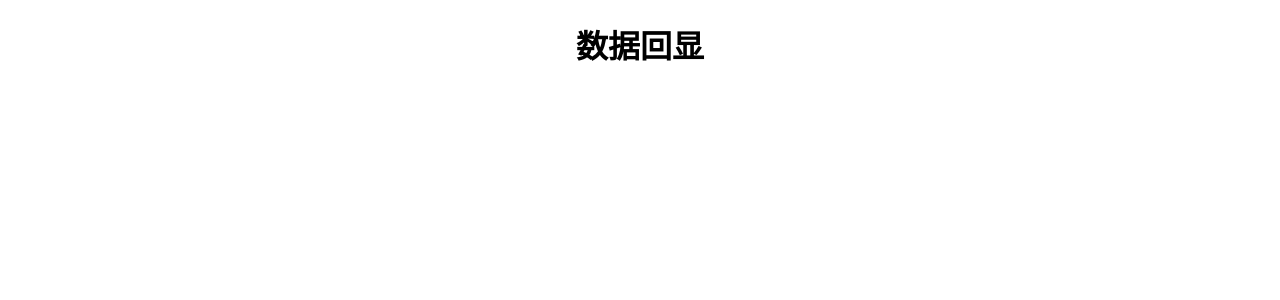
Repository: byuan98/study
Page: http://localhost/day097web/jsps/index3.jsp
The author's editor kept a copy of each file at every save. The page is drawn from the files as they stood at one save, then again after the next save.
The browser window is 1280 px wide. The pictures show the whole page.
The page is served by Tomcat 9.

Above is the page before, as saved 2021-04-24 08:27:29.

After the next save:
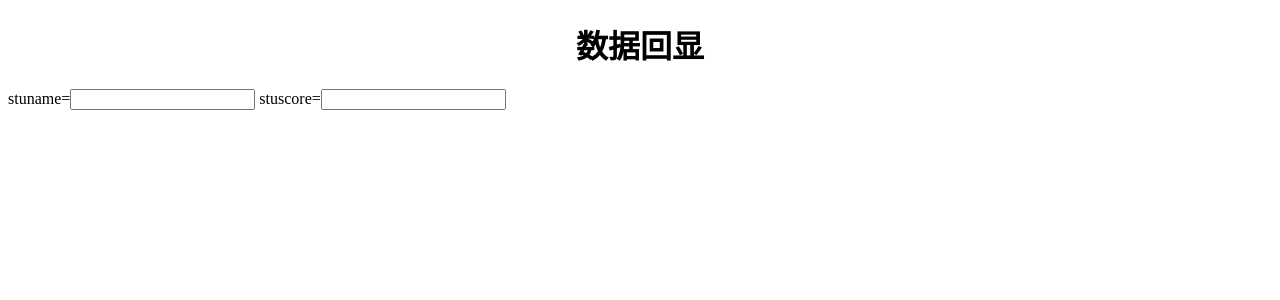
Saved 2 s later.
--- a/day097web/WebContent/jsps/index3.jsp
+++ b/day097web/WebContent/jsps/index3.jsp
@@ -9,7 +9,10 @@
 <body>
     <h1 align="center">数据回显</h1>
     <!-- actio的参数是单值数据类型 -->
-    <form action="<core:url value='/test1/method1.action'/>" method="post"></form>
+    <form action="<core:url value='/test1/method1.action'/>" method="post">
+        stuname=<input type="text" name="stuname" value="${requestScope.stuname}"/>
+        stuscore=<input type="text" name="stuscore" value="${requestScope.stuscore}"/>
+    </form>
 
 </body>
 </html>
